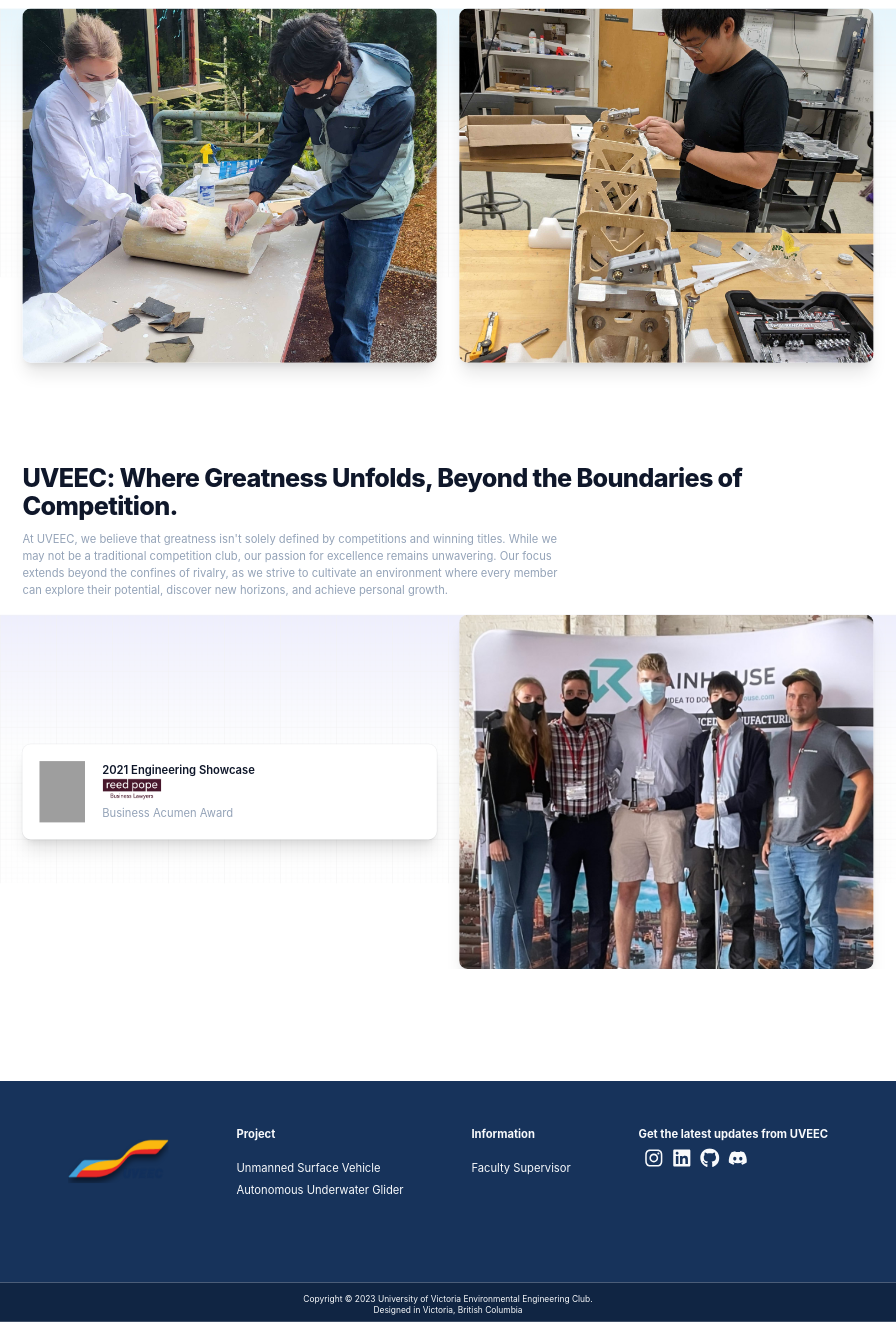
Repository: markaxelus/uveec-website
Page: /
An editor plug-in stored every save of this project. The page is shown before and after the next save, followed by the edit.
The browser window is 1280 px wide. The pictures show the part of the page from y = 1176 to 3096 px (the page is 3064 px tall before and 3096 px after), at 70% of full size.
Pictures or frames that could not be fetched are drawn as grey boxes. The project was rebuilt for these pictures with package versions that can differ from the ones it lists, and the page was loaded fresh each time. The framework's server and built-in components were replaced by stand-ins that run in the browser. Also part of the build but not shown: next.config.js, src/components/molecules/ProfileCard.tsx.

Above is the page before, as saved 2024-06-08 23:11:07.

### pages/index.tsx
import Head from "next/head";
import Link from "next/link";
import Image from "next/image";
import type { NextPage } from "next";
import {
  HeroBanner,
  SponsorMarquee,
} from "../src/components/molecules";
import { BaseLayout } from "../src/Layout/BaseLayout";
import { FaAngleRight } from "react-icons/fa";

const Home: NextPage = () => {
  return (
    <div>
      <Head>
        <title>University of Victoria Environmental Engineering Club</title>
        <link rel="canonical" href="https://uveec.ca" key="canonical" />
        <meta
          name="description"
          content="Our organization's primary purpose is to create out of the box
          engineering solutions to everyday environmental problems in the local
          Capital Regional District of Victoria, British Columbia."
        />
        <meta name="viewport" content="width=device-width, initial-scale=1.0" />
        <meta
          name="keywords"
          content="UVEEC, UVic Environmental Engineering, Environmental Engineering, Environment, Engineering, University of Victoria, Victoria"
        />
        <meta
          property="og:title"
          content="University of Victoria Environmental Engineering Club"
        />
        <meta property="og:url" content="https://uveec.ca" />
        <meta property="og:type" content="website" />
        <link rel="icon" href="/favicon.ico" />
      </Head>
      <BaseLayout>
        <HeroBanner />
        <SponsorMarquee />
        <main>
          <div className="pt-20 mb-20 space-y-20 overflow-hidden sm:pt-32 sm:mb-32 sm:space-y-32 md:pt-40 md:mb-40 md:space-y-40">

            <section id="team">
              <div className="max-w-7xl mx-auto px-4 sm:px-6 md:px-8">
                <p className="mt-4 text-3xl sm:text-4xl text-slate-900 font-extrabold tracking-tight dark:text-slate-50">
                  One of our club&apos;s main goals is to give student hands-on
                  engineering experience outside of their regular class work.
                </p>
                <p className="mt-4 max-w-3xl text-slate-400 space-y-6 ">
                  The flexible nature of our club allows us to focus on one
                  small-scale project of varying scope (6-36 months per
                  project). Our team works to innovate and develop
                  proof-of-concept solutions that can foster innovative
                  solutions to environmental problems.
                </p>
                <Link href="/about" passHref>
                  <a className="group inline-flex items-center h-9 rounded-full text-sm font-semibold whitespace-nowrap px-3 focus:outline-none focus:ring-2 bg-sky-50 text-sky-600 hover:bg-sky-200 hover:text-sky-700 focus:ring-sky-500 dark:bg-slate-700 dark:text-slate-100 dark:hover:bg-slate-600 dark:hover:text-white dark:focus:ring-slate-500 mt-8 md:mb-10">
                    Learn More
                    <FaAngleRight className="overflow-visible ml-3 text-sky-300 group-hover:text-sky-400" />
                  </a>
                </Link>
              </div>
              <div className="relative pt-10 xl:pt-0 mt-10 xl:mt-2">
                <div className="absolute h-96 w-full bg-gradient-to-b from-sky-500 via-slate-100 to-white opacity-10 dark:to-slate-900">
                  <svg
                    width="100%"
                    height="100%"
                    xmlns="http://www.w3.org/2000/svg"
                  >
                    <defs>
                      <pattern
                        id="smallGrid"
                        width="8"
                        height="8"
                        patternUnits="userSpaceOnUse"
                      >
                        <path
                          d="M 8 0 L 0 0 0 8"
                          fill="none"
                          stroke="gray"
                          strokeWidth="0.5"
                        />
                      </pattern>
                      <pattern
                        id="grid"
                        width="80"
                        height="80"
                        patternUnits="userSpaceOnUse"
                      >
                        <rect width="80" height="80" fill="url(#smallGrid)" />
                        <path
                          d="M 80 0 L 0 0 0 80"
                          fill="none"
                          stroke="gray"
                          strokeWidth="1"
                        />
                      </pattern>
                    </defs>

                    <rect width="100%" height="100%" fill="url(#grid)" />
                  </svg>
                </div>
                <div className="max-w-7xl mx-auto px-4 sm:px-6 md:px-8 lg:grid lg:grid-cols-12 lg:gap-8">
                  {/*<div className="lg:col-span-5 xl:col-span-6 flex flex-col">
                    <div className="relative z-10 bg-white ring-1 ring-slate-900/5 rounded-lg shadow-xl px-6 py-5 my-auto xl:mt-18 dark:bg-slate-800">
                      <div className="absolute inset-x-0 inset-y-5 border-t border-b border-slate-100 pointer-events-none dark:border-slate-700" />
                      <div className="absolute inset-x-6 inset-y-0 border-l border-r border-slate-100 pointer-events-none dark:border-slate-700" />
                      <div className="bg-slate-50 overflow-hidden py-6 sm:py-9 lg:py-6 xl:py-9 px-6 dark:bg-slate-900/50">
                        <div className="relative h-96">
                          <Image
                            layout="fill"
                            src="/images/manufacturing2.jpg"
                            className="object-cover"
                            alt={""}
                            decoding="async"
                            priority
                          />
                        </div>
                      </div>
                    </div>
                  </div>*/}
                  <div className="mt-4 -mx-4 -my-4 sm:mx-0 lg:mt-0 lg:col-span-7 xl:col-span-6">
                    <div className="relative overflow-hidden shadow-xl flex h-[31.625rem] max-h-[60vh] sm:max-h-[none] sm:rounded-xl lg:h-[34.6875rem] xl:h-[31.625rem]">
                      <Image
                        layout="fill"
                        src="/images/manufacturing2.jpg"
                        className="object-cover"
                        alt={""}
                        decoding="async"
                        priority
                      />
                    </div>
                  </div>
                  <div className="mt-4 -mx-4 -my-4 sm:mx-0 lg:mt-0 lg:col-span-7 xl:col-span-6">
                    <div className="relative overflow-hidden shadow-xl flex h-[31.625rem] max-h-[60vh] sm:max-h-[none] sm:rounded-xl lg:h-[34.6875rem] xl:h-[31.625rem]">
                      <Image
                        layout="fill"
                        src="/images/manufacturing1.jpg"
                        className="object-cover"
                        alt={""}
                        decoding="async"
                        priority
                      />
                    </div>
                  </div>
                </div>
              </div>
            </section>

            <section id="awards">
              <div className="max-w-7xl mx-auto px-4 sm:px-6 md:px-8">
              <p className="mt-4 text-3xl sm:text-4xl text-slate-900 font-extrabold tracking-tight dark:text-slate-50">
              UVEEC: Where Greatness Unfolds, Beyond the Boundaries of Competition.
                </p>
                <p className="mt-4 pb-4 max-w-3xl text-slate-400 space-y-6 ">
                At UVEEC, we believe that greatness isn&apos;t solely defined by competitions and winning titles. While we may not be a traditional competition club, our passion for excellence remains unwavering. Our focus extends beyond the confines of rivalry, as we strive to cultivate an environment where every member can explore their potential, discover new horizons, and achieve personal growth.
                </p>
              </div>
              <div className="relative pt-10 xl:pt-0 mt-10 xl:mt-2">
                <div className="absolute h-96 w-full bg-gradient-to-b via-slate-100 from-indigo-500 to-white opacity-10 dark:to-slate-900">
                  <svg
                    width="100%"
                    height="100%"
                    xmlns="http://www.w3.org/2000/svg"
                  >
                    <defs>
                      <pattern
                        id="smallGrid"
                        width="8"
                        height="8"
                        patternUnits="userSpaceOnUse"
                      >
                        <path
                          d="M 8 0 L 0 0 0 8"
                          fill="none"
                          stroke="gray"
                          strokeWidth="0.5"
                        />
                      </pattern>
                      <pattern
                        id="grid"
                        width="80"
                        height="80"
                        patternUnits="userSpaceOnUse"
                      >
                        <rect width="80" height="80" fill="url(#smallGrid)" />
                        <path
                          d="M 80 0 L 0 0 0 80"
                          fill="none"
                          stroke="gray"
                          strokeWidth="1"
                        />
                      </pattern>
                    </defs>

                    <rect width="100%" height="100%" fill="url(#grid)" />
                  </svg>
                </div>
                <div className="max-w-7xl mx-auto px-4 sm:px-6 md:px-8 lg:grid lg:grid-cols-12 lg:gap-8">
                  <div className="lg:col-span-5 xl:col-span-6 flex flex-col">
                    <div className="relative z-10 bg-white rounded-xl shadow-xl ring-1 ring-slate-900/5 divide-y divide-slate-100 my-auto xl:mt-18 dark:bg-slate-800 dark:divide-slate-200/5 dark:highlight-white/10">
                      <div className="p-4 sm:p-6 lg:p-4 xl:p-6 space-x-4 items-start sm:space-x-6 lg:space-x-4 xl:space-x-6 flex">
                        <Image
                          src="/images/award.png"
                          height={88}
                          width={66}
                          alt={""}
                          decoding="async"
                          priority
                        />
                        <div className="min-w-0 relative flex-auto">
                          <h2 className="font-semibold text-slate-900 truncate sm:pr-20 dark:text-slate-100">
                            2021 Engineering Showcase
                          </h2>
                          <div className="dark:hidden">
                            <Image
                              height={32}
                              width={85}
                              src="/images/reedpope.png"
                              alt={""}
                              decoding="async"
                              priority
                            />
                          </div>
                          <div className="hidden dark:flex">
                            <Image
                              height={32}
                              width={85}
                              src="/images/reedpope-dark.png"
                              alt={""}
                              decoding="async"
                              priority
                            />
                          </div>
                          <p className="text-slate-400 ">
                            Business Acumen Award
                          </p>
                        </div>
                      </div>
                    </div>
                  </div>
                  <div className="mt-4 -mx-4 sm:mx-0 lg:mt-0 lg:col-span-7 xl:col-span-6">
                    <div className="relative overflow-hidden shadow-xl flex h-[31.625rem] max-h-[60vh] sm:max-h-[none] sm:rounded-xl lg:h-[34.6875rem] xl:h-[31.625rem]">
                      <Image
                        layout="fill"
                        src="/images/awarding.jpg"
                        className="object-cover"
                        alt={""}
                        decoding="async"
                        priority
                      />
                    </div>
                  </div>
                </div>
              </div>
            </section>
          </div>
        </main>
      </BaseLayout>
    </div>
  );
};

export default Home;

### styles/globals.css
@tailwind base;
@tailwind components;
@tailwind utilities;

html,
body {
  padding: 0;
  margin: 0;
  font-family: -apple-system, BlinkMacSystemFont, Segoe UI, Roboto, Oxygen,
    Ubuntu, Cantarell, Fira Sans, Droid Sans, Helvetica Neue, sans-serif;
}

a {
  color: inherit;
  text-decoration: none;
}

* {
  box-sizing: border-box;
}

.right-arrow {
  position: absolute;
  top: 50%;
  right: 0px;
  font-size: 3rem;
  color: #000;
  z-index: 10;
  cursor: pointer;
  user-select: none;
}

.left-arrow {
  position: absolute;
  top: 50%;
  left: 0px;
  font-size: 3rem;
  color: #000;
  z-index: 10;
  cursor: pointer;
  user-select: none;
}

.slide {
  opacity: 0;
  transition-duration: 1s ease;
}

.slide.active {
  opacity: 1;
  transition-duration: 1s;
  transform: scale(1.08);
}

@media (prefers-color-scheme: dark) {
  html {
    color-scheme: dark;
  }
  body {
    color: #f8fafc;
    background: #0f172a;
  }
}

### src/components/molecules/index.tsx
export { NavBar } from "./NavBar";
export { SponsorMarquee } from "./SponsorMarquee";
export { HeroBanner } from "./HeroBanner";
export { Menu } from "./Menu";
export { ProfileCard } from "./ProfileCard";

### src/Layout/BaseLayout.tsx
import React, { PropsWithChildren } from "react";
import { Footer, Header } from "../components/organisms";

interface BaseLayoutProps {}

export const BaseLayout = ({
  children,
}: PropsWithChildren<BaseLayoutProps>) => {
  return (
    <div>
      <Header />
      {children}
      <Footer />
    </div>
  );
};

### src/components/molecules/NavBar.tsx
import React from "react";
import { NavLink } from "../atoms";

export const NavBar = () => {
  return (
    <div className="z-50 flex flex-row items-center space-x-4">
      <NavLink name="Home" link="/" />
      <NavLink name="About" link="/about" />
      <NavLink name="Projects" link="/projects" />
      <NavLink name="Sponsors" link="/sponsors" />
      <NavLink name="Contact" link="/contact" />
    </div>
  );
};

### src/components/molecules/SponsorMarquee.tsx
import Marquee from "react-fast-marquee";
import { Logo } from "../atoms";
import { SponsorMap } from "../../constants";

export const SponsorMarquee = () => {
  return (
    <Marquee direction="right" speed={80} gradient={false}>
      <div className="flex flex-row items-center justify-evenly space-x-24 space-y-4 mr-24">
        {SponsorMap.map((card, i) => (
          <div
            key={i}
          >
            <Logo
              src={card.img}
              className="h-12 w-56 dark:hidden"
              classNameImage="object-contain"
            />
          </div>
        ))}
      </div>
    </Marquee>
  );
};

### src/components/molecules/Menu.tsx
import React, {useState} from "react";
import { NavLink } from "../atoms";

import { BiMenu, BiX } from 'react-icons/bi'

export const Menu = () => {
    const [toggle, setToggle] = useState(false)
  return (
    <div className="fixed left-0 top-0 w-full z-10 ease-in duration-300">
        <div className="w-full max-w-[1240px] m-auto flex justify-between items-center p-4">
            <div onClick={() => setToggle(!toggle)} className="block z-10 text-3xl absolute right-2 top-5 cursor-pointer md:hidden">
            {toggle ? <BiX size={30} className="fill-white"/> : <BiMenu size={30} className="fill-white" /> }
            </div>
                <ul className={`flex flex-col items-center py-8 md:flex md:items-center absolute bg-[#102543] left-0 w-full md:pl-0 transition-all duration-500 ease in ${toggle ? 'top-16' : 'top-[-490px]'}`}>
                    <li className="p-3 text-4xl">
                        <NavLink name="Home" link="/" />
                    </li>
                    <li className="p-3 text-4xl">
                        <NavLink name="About" link="/about" />
                    </li>
                    <li className="p-3 text-4xl">
                        <NavLink name="Projects" link="/projects" />
                    </li>
                    <li className="p-3 text-4xl">
                        <NavLink name="Sponsors" link="/sponsors" />
                    </li>
                    <li className="p-3 text-4xl">
                        <NavLink name="Contact" link="/contact" />
                    </li>
                </ul>
        </div>
    </div>
  );
};

### src/components/atoms/index.tsx
export { NavLink } from "./NavLink";
export { Logo } from "./Logo";

### src/components/organisms/Header.tsx
import Link from "next/link";
import Image from "next/image";
import { NavBar } from "../molecules";
import { Menu } from "../molecules";

export const Header = () => {
  return (
    <div className="sticky top-0 z-50 flex flex-row items-center justify-between h-16 w-full px-4 py-2 shadow-2xl bg-royalBlue">
      <Link href="/" passHref>
        <a className="relative h-10 w-28 hover:cursor-pointer">
          <Image
            layout="fill"
            src="/images/uveec.png"
            alt={""}
            decoding="async"
            priority
          />
        </a>
      </Link>
      <div className="hidden md:block">
        <NavBar />
      </div>
      <div className="md:hidden">
        <Menu />
      </div>
    </div>
  );
};

### src/components/atoms/NavLink.tsx
import classNames from "classnames";
import { useRouter } from "next/router";
import { useMemo } from "react";

interface NavLinkProps {
  link: string;
  name: string;
}

export const NavLink = ({ link, name }: NavLinkProps) => {
  const { asPath } = useRouter();

  const isHighlighted = useMemo(() => {
    if (asPath === "/" && name === "Home") return true;
    return asPath.replace("/", "") === name.replace("/", "").toLowerCase();
  }, [asPath, name]);

  return (
    <a
      href={link}
      className={classNames(
        isHighlighted ? "text-orange" : "text-slate-50",
        "text-lg"
      )}
    >
      {name}
    </a>
  );
};

### src/components/atoms/Logo.tsx
import Image from "next/image";
import classNames from "classnames";

interface BaseLogoProps {
  src: string;
  className?: string;
  classNameImage?: string;
}

// Logo is used for building Marquee.
// className is to style div container of image.
// classNameImage is to style image itself. object-contain is used for SponsorMarquee. object-cover is used for IndexMarquee.

export const Logo = ({ src, className, classNameImage }: BaseLogoProps) => {
  return (
    <div className={classNames(className, "relative")}>
      <Image
        layout="fill"
        src={`${src}`}
        alt={""}
        decoding="async"
        className={classNameImage}
        priority
      />
    </div>
  );
};

Loaded but not shown: pages/_app.tsx (common file); src/components/organisms/index.tsx (common file); tailwind.config.js (18 lines, source omitted); src/constants.ts (282 lines, source omitted); src/components/organisms/Footer.tsx (98 lines, source omitted); src/components/molecules/HeroBanner.tsx (83 lines, source omitted)

After the next save:
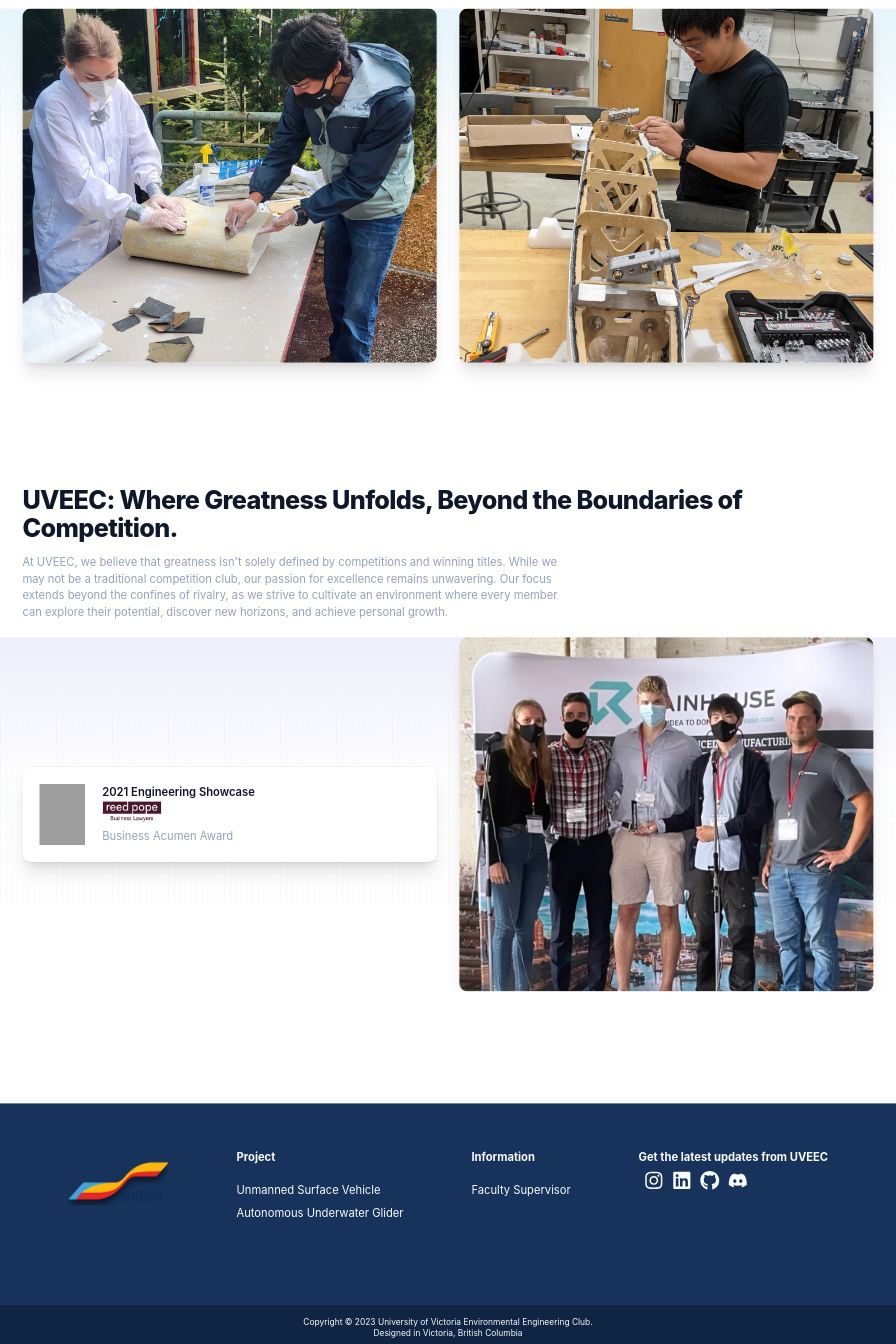
Saved 111 s later.
--- a/pages/index.tsx
+++ b/pages/index.tsx
@@ -119,7 +119,7 @@
                       </div>
                     </div>
                   </div>*/}
-                  <div className="mt-4 -mx-4 -my-4 sm:mx-0 lg:mt-0 lg:col-span-7 xl:col-span-6">
+                  <div className="mt-4 -mx-4 my-4 sm:mx-0 lg:mt-0 lg:col-span-7 xl:col-span-6">
                     <div className="relative overflow-hidden shadow-xl flex h-[31.625rem] max-h-[60vh] sm:max-h-[none] sm:rounded-xl lg:h-[34.6875rem] xl:h-[31.625rem]">
                       <Image
                         layout="fill"
@@ -131,7 +131,7 @@
                       />
                     </div>
                   </div>
-                  <div className="mt-4 -mx-4 -my-4 sm:mx-0 lg:mt-0 lg:col-span-7 xl:col-span-6">
+                  <div className="mt-4 -mx-4 my-4 sm:mx-0 lg:mt-0 lg:col-span-7 xl:col-span-6">
                     <div className="relative overflow-hidden shadow-xl flex h-[31.625rem] max-h-[60vh] sm:max-h-[none] sm:rounded-xl lg:h-[34.6875rem] xl:h-[31.625rem]">
                       <Image
                         layout="fill"
